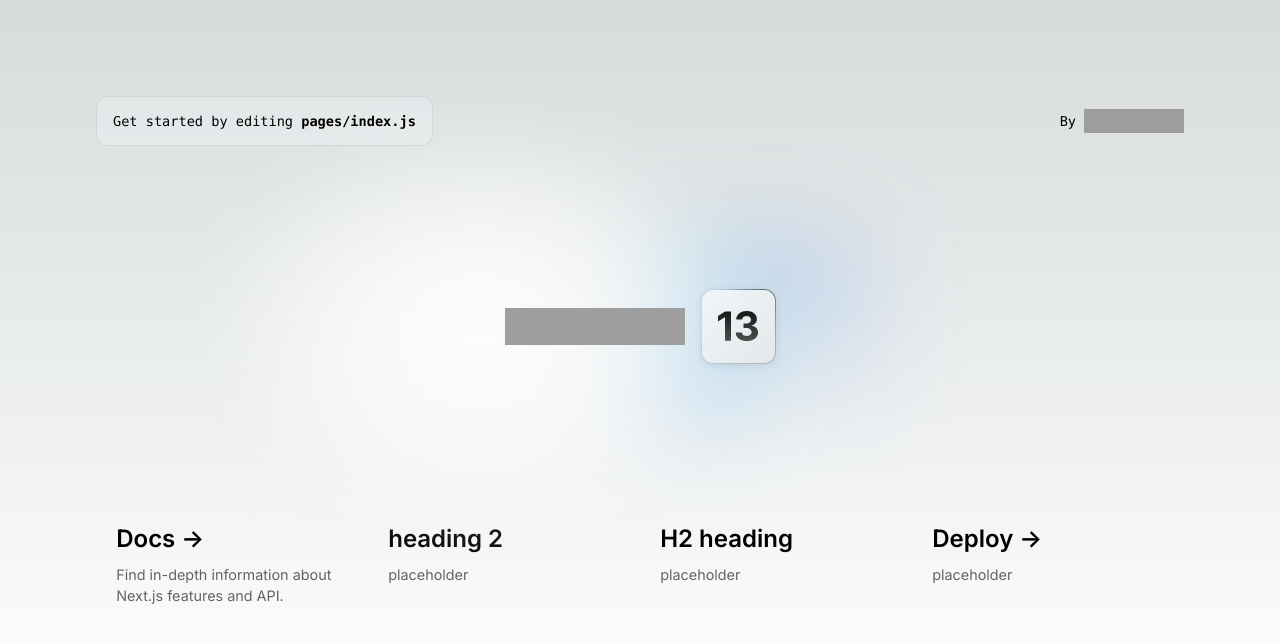
Repository: ajenstory/jencorbett.dev
Page: / (app in app/)
An editor plug-in stored every save of this project. The page is shown before and after the next save, followed by the edit.
The browser window is 1280 px wide. The pictures show the whole page.
Pictures or frames that could not be fetched are drawn as grey boxes. The project was rebuilt for these pictures with package versions that can differ from the ones it lists, and the page was loaded fresh each time. The framework's server and built-in components were replaced by stand-ins that run in the browser. Also part of the build but not shown: app/next.config.js.

Above is the page before, as saved 2023-03-18 17:55:08.

### app/pages/index.js
import Head from 'next/head'
import Image from 'next/image'
import { Inter } from '@next/font/google'
import styles from '../styles/Home.module.css'

const inter = Inter({ subsets: ['latin'] })

export default function Home() {
  return (
    <>
      <Head>
        <title>Create Next App</title>
        <meta name="description" content="Generated by create next app" />
        <meta name="viewport" content="width=device-width, initial-scale=1" />
        <link rel="icon" href="/favicon.ico" />
      </Head>
      <main className={styles.main}>
        <div className={styles.description}>
          <p>
            Get started by editing&nbsp;
            <code className={styles.code}>pages/index.js</code>
          </p>
          <div>
            <a
              href="https://vercel.com?utm_source=create-next-app&utm_medium=default-template&utm_campaign=create-next-app"
              target="_blank"
              rel="noopener noreferrer"
            >
              By{' '}
              <Image
                src="/vercel.svg"
                alt="Vercel Logo"
                className={styles.vercelLogo}
                width={100}
                height={24}
                priority
              />
            </a>
          </div>
        </div>

        <div className={styles.center}>
          <Image
            className={styles.logo}
            src="/next.svg"
            alt="Next.js Logo"
            width={180}
            height={37}
            priority
          />
          <div className={styles.thirteen}>
            <Image
              src="/thirteen.svg"
              alt="13"
              width={40}
              height={31}
              priority
            />
          </div>
        </div>

        <div className={styles.grid}>
          <a
            href="https://nextjs.org/docs?utm_source=create-next-app&utm_medium=default-template&utm_campaign=create-next-app"
            className={styles.card}
            target="_blank"
            rel="noopener noreferrer"
          >
            <h2 className={inter.className}>
              Docs <span>-&gt;</span>
            </h2>
            <p className={inter.className}>
              Find in-depth information about Next.js features and&nbsp;API.
            </p>
          </a>

          <a
            href=""
            className={styles.card}
            target="_blank"
            rel="noopener noreferrer"
          >
            <h2 className={inter.className}>
              heading 2
            </h2>
            <p className={inter.className}>
             placeholder
            </p>
          </a>

          <a
            href=""
            className={styles.card}
            target="_blank"
            rel="noopener noreferrer"
          >
            <h2 className={inter.className}>
           H2 heading
            </h2>
            <p className={inter.className}>
              placeholder
            </p>
          </a>

          <a
            href=""
            className={styles.card}
            target="_blank"
            rel="noopener noreferrer"
          >
            <h2 className={inter.className}>
              Deploy <span>-&gt;</span>
            </h2>
            <p className={inter.className}>
             placeholder
            </p>
          </a>
        </div>
      </main>
    </>
  )
}

Loaded but not shown: app/pages/_app.js (common file); app/pages/_document.js (common file); app/styles/globals.css (common file); app/styles/Home.module.css (common file)

After the next save:
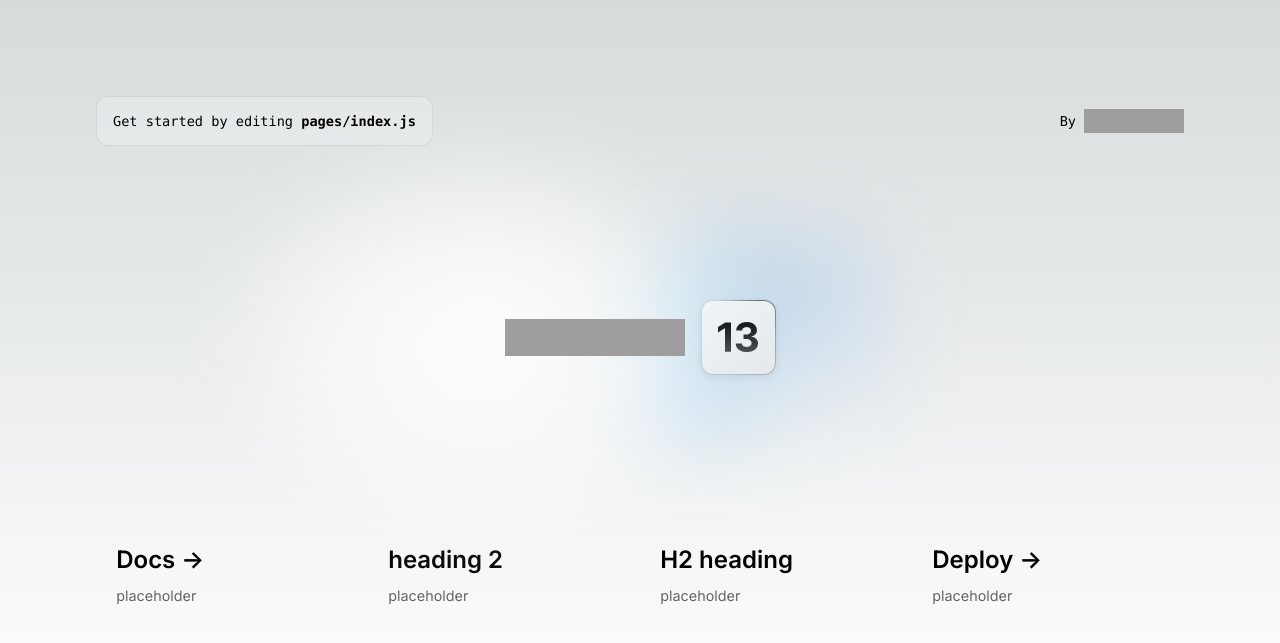
Saved 8 s later.
--- a/app/pages/index.js
+++ b/app/pages/index.js
@@ -70,7 +70,7 @@ export default function Home() {
               Docs <span>-&gt;</span>
             </h2>
             <p className={inter.className}>
-              Find in-depth information about Next.js features and&nbsp;API.
+             placeholder
             </p>
           </a>
 
